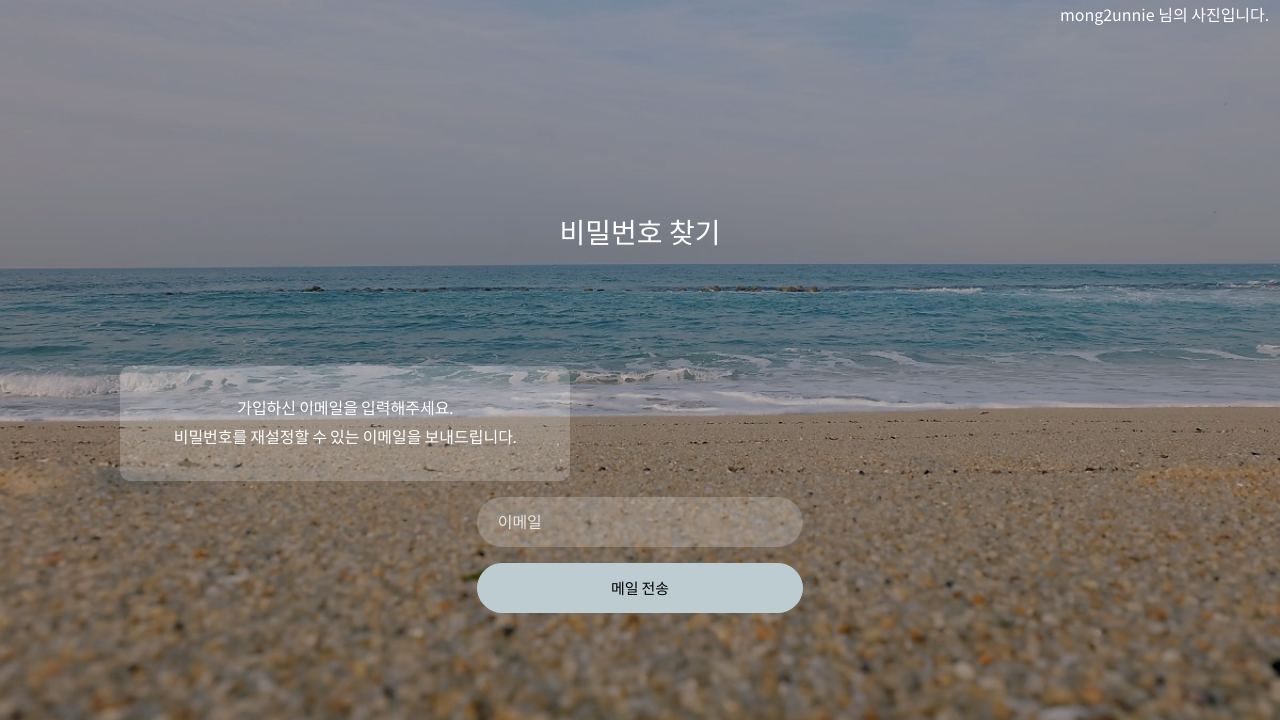
Repository: jangseohyun/LEGGO_2021
Page: http://localhost/PrjApp/FindPw.jsp
The author's editor kept a copy of each file at every save. The page is drawn from the files as they stood at one save, then again after the next save.
The browser window is 1280 px wide. The pictures show the whole page.
The page is served by Tomcat 9.

Above is the page before, as saved 2021-06-26 12:29:49.

After the next save:
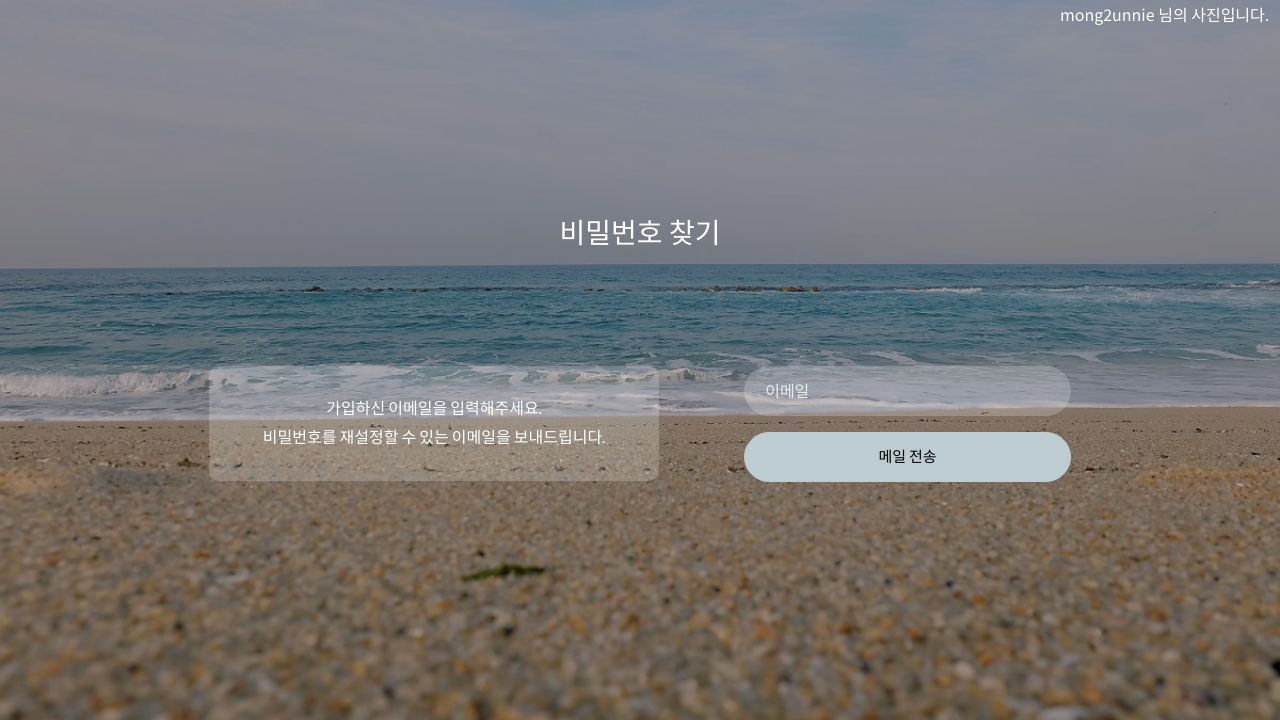
Saved 19 s later.
--- a/PrjApp/WebContent/FindPw.jsp
+++ b/PrjApp/WebContent/FindPw.jsp
@@ -37,10 +37,10 @@
 				</div>
 			</div>
 			<br><br>
-			<div class="text-center">
-				<p class="text-center" style="width: 450px; background-color: rgba( 255, 255, 255, 0.2 ); color: #ffffff; border-radius: 10px;"><br>가입하신 이메일을 입력해주세요.<br>비밀번호를 재설정할 수 있는 이메일을 보내드립니다.<br><br></p>
-			</div>
 			<div class="row justify-content-center">
+				<div class="col-md-6 text-center mb-5">
+					<p class="text-center" style="width: 450px; background-color: rgba( 255, 255, 255, 0.2 ); color: #ffffff; border-radius: 10px;"><br>가입하신 이메일을 입력해주세요.<br>비밀번호를 재설정할 수 있는 이메일을 보내드립니다.<br><br></p>
+				</div>
 				<div class="col-md-6 col-lg-4">
 					<div class="login-wrap p-0">
 						<form action="#" class="signin-form">
